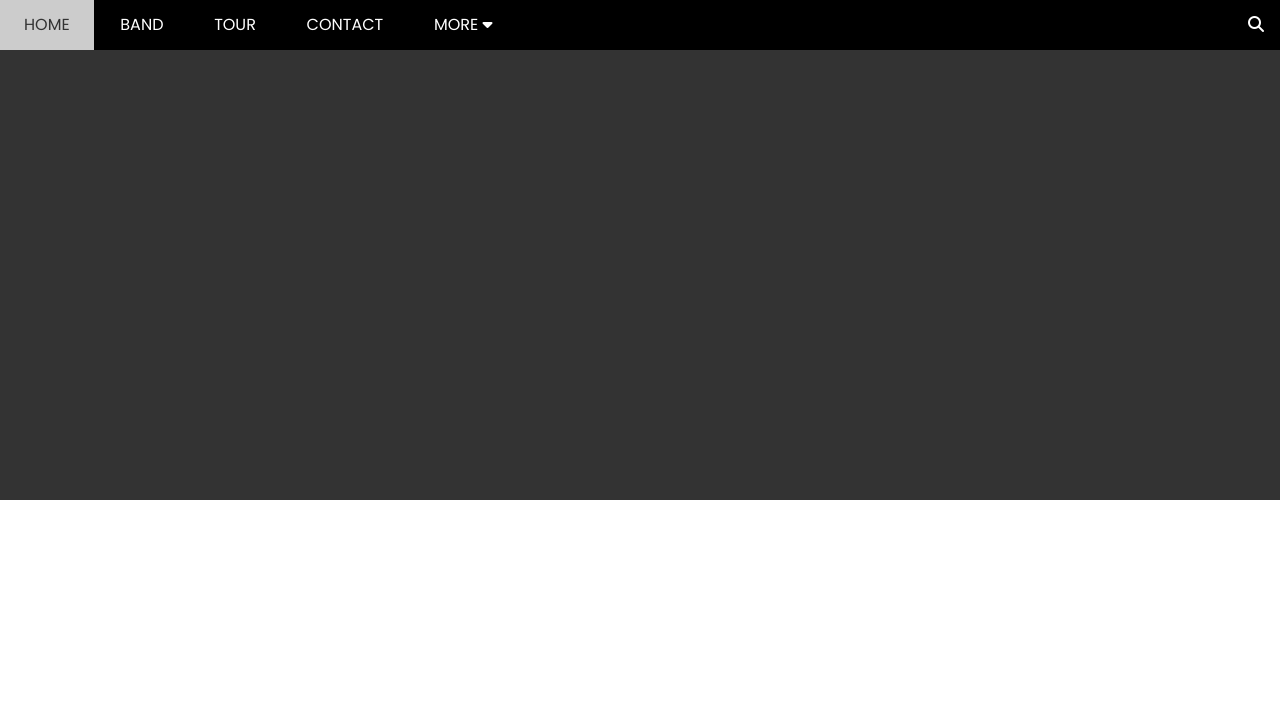
Repository: dptuyen1/the-band
Page: index.html
These files come from the project's save history. The page is drawn as it stood at one moment and after the next save; the edit follows.
The browser window is 1280 px wide. The pictures show the whole page.

Above is the page before, as saved 2023-06-02 13:17:43.

After the next save:
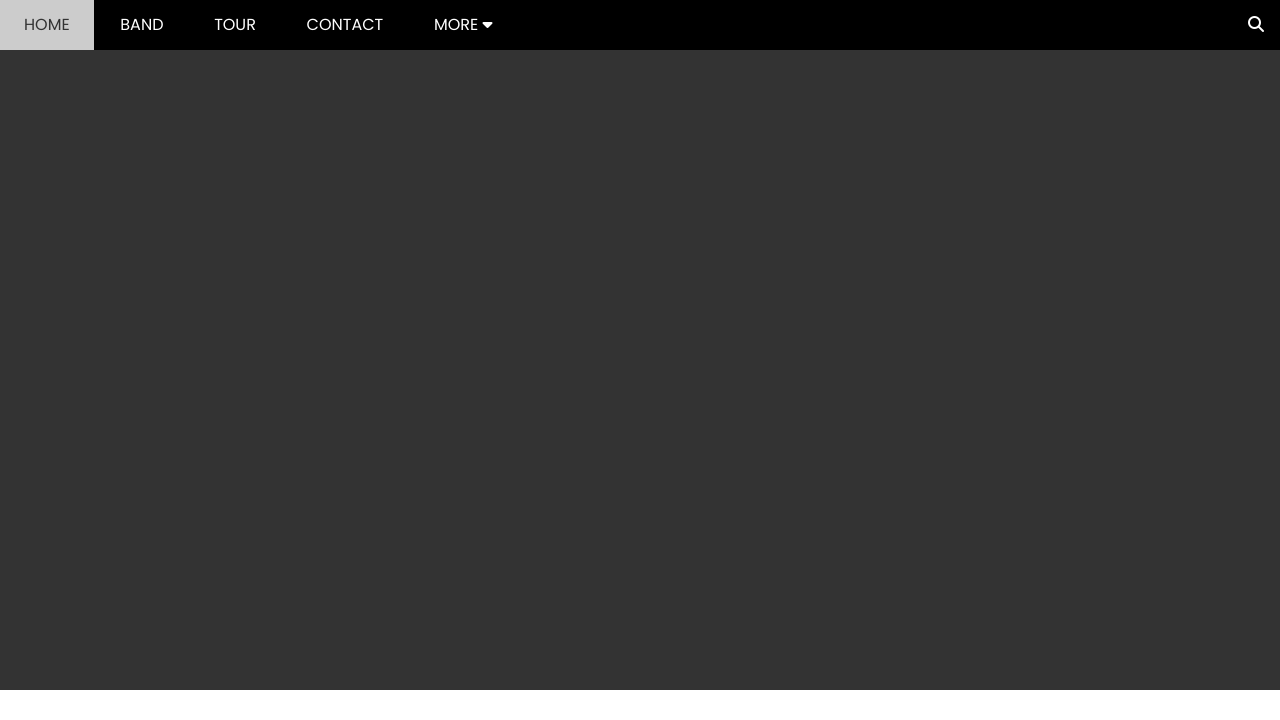
Saved 5 min 27 s later.
--- a/assets/css/style.css
+++ b/assets/css/style.css
@@ -100,7 +100,8 @@ html {
 }
 
 #slider {
-  min-height: 500px;
+  padding-top: 50%;
+  margin-top: 50px;
   background-color: var(--text);
 }
 #content {
